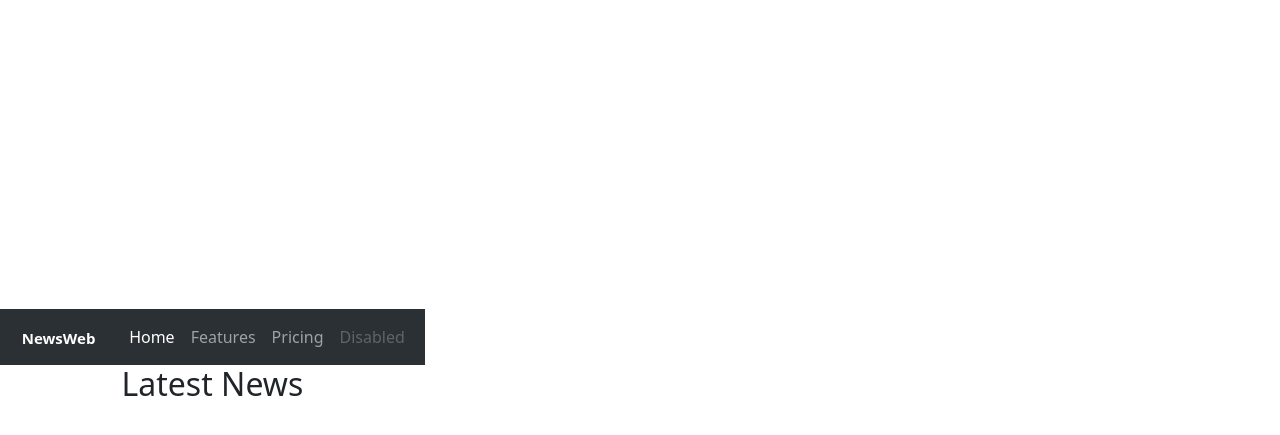
Repository: Abhilash2909/NewsWeb
Page: /
The author's editor kept a copy of each file at every save. The page is drawn from the files as they stood at one save, then again after a run of saves.
The browser window is 1280 px wide. The pictures show the whole page.
The project was rebuilt for these pictures with package versions that can differ from the ones it lists, and the page was loaded fresh each time. Also part of the build but not shown: vite.config.js.

Above is the page before, as saved 2024-05-21 22:39:08.

### index.html
<!doctype html>
<html lang="en">
  <head>
    <meta charset="UTF-8" />
    <link href="https://cdn.jsdelivr.net/npm/bootstrap@5.3.3/dist/css/bootstrap.min.css" rel="stylesheet" integrity="sha384-QWTKZyjpPEjISv5WaRU9OFeRpok6YctnYmDr5pNlyT2bRjXh0JMhjY6hW+ALEwIH" crossorigin="anonymous">
    <meta name="viewport" content="width=device-width, initial-scale=1.0" />
    <title>News Web</title>
  </head>
  <body>
    <div id="root"></div>
    <script type="module" src="/src/main.jsx"></script>
    <script src="https://cdn.jsdelivr.net/npm/bootstrap@5.3.3/dist/js/bootstrap.bundle.min.js" integrity="sha384-YvpcrYf0tY3lHB60NNkmXc5s9fDVZLESaAA55NDzOxhy9GkcIdslK1eN7N6jIeHz" crossorigin="anonymous"></script>
  </body>
</html>

### src/App.jsx
import Navbar from "./Components/Navbar"
import NewsBoard from "./Components/NewsBoard"

const App = () => {
  return (
    <div>
      <Navbar/>
      <NewsBoard/>
    </div>
  )
}

export default App

### src/Components/Navbar.jsx

const Navbar = () => {
  return (
    <nav className="navbar navbar-expand-lg bg-body-tertiary" data-bs-theme="dark">
  <div className="container-fluid">
    <a className="navbar-brand" href="#"><span className="badge">NewsWeb</span></a>
    <button className="navbar-toggler" type="button" data-bs-toggle="collapse" data-bs-target="#navbarNav" aria-controls="navbarNav" aria-expanded="false" aria-label="Toggle navigation">
      <span className="navbar-toggler-icon"></span>
    </button>
    <div className="collapse navbar-collapse" id="navbarNav">
      <ul className="navbar-nav">
        <li className="nav-item">
          <a className="nav-link active" aria-current="page" href="#">Home</a>
        </li>
        <li className="nav-item">
          <a className="nav-link" href="#">Features</a>
        </li>
        <li className="nav-item">
          <a className="nav-link" href="#">Pricing</a>
        </li>
        <li className="nav-item">
          <a className="nav-link disabled" aria-disabled="true">Disabled</a>
        </li>
      </ul>
    </div>
  </div>
</nav>
  )
}

export default Navbar

### src/Components/NewsBoard.jsx

const NewsBoard = () => {
    return (
      <div>
        <h2 className="text-center">Latest <span className="">News</span></h2>
      </div>
    )
  }

export default NewsBoard

Loaded but not shown: src/main.jsx (common file); src/index.css (common file)

After the next 3 saves:
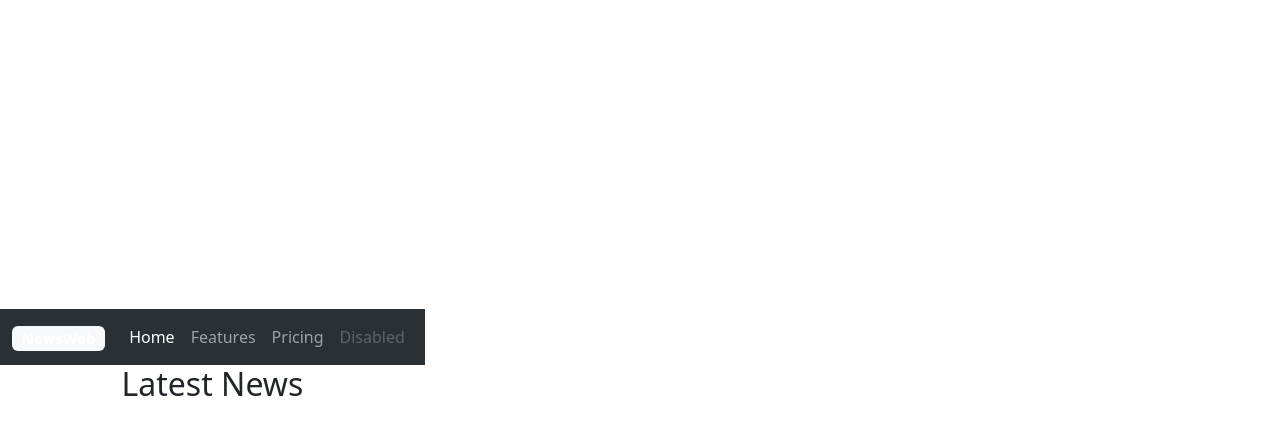
The 3 saves are shown as one change because they came seconds apart.
The last was saved 8 s later.
--- a/src/Components/Navbar.jsx
+++ b/src/Components/Navbar.jsx
@@ -3,7 +3,7 @@
   return (
     <nav className="navbar navbar-expand-lg bg-body-tertiary" data-bs-theme="dark">
   <div className="container-fluid">
-    <a className="navbar-brand" href="#"><span className="badge">NewsWeb</span></a>
+    <a className="navbar-brand" href="#"><span className="badge bg-light">NewsWeb</span></a>
     <button className="navbar-toggler" type="button" data-bs-toggle="collapse" data-bs-target="#navbarNav" aria-controls="navbarNav" aria-expanded="false" aria-label="Toggle navigation">
       <span className="navbar-toggler-icon"></span>
     </button>
